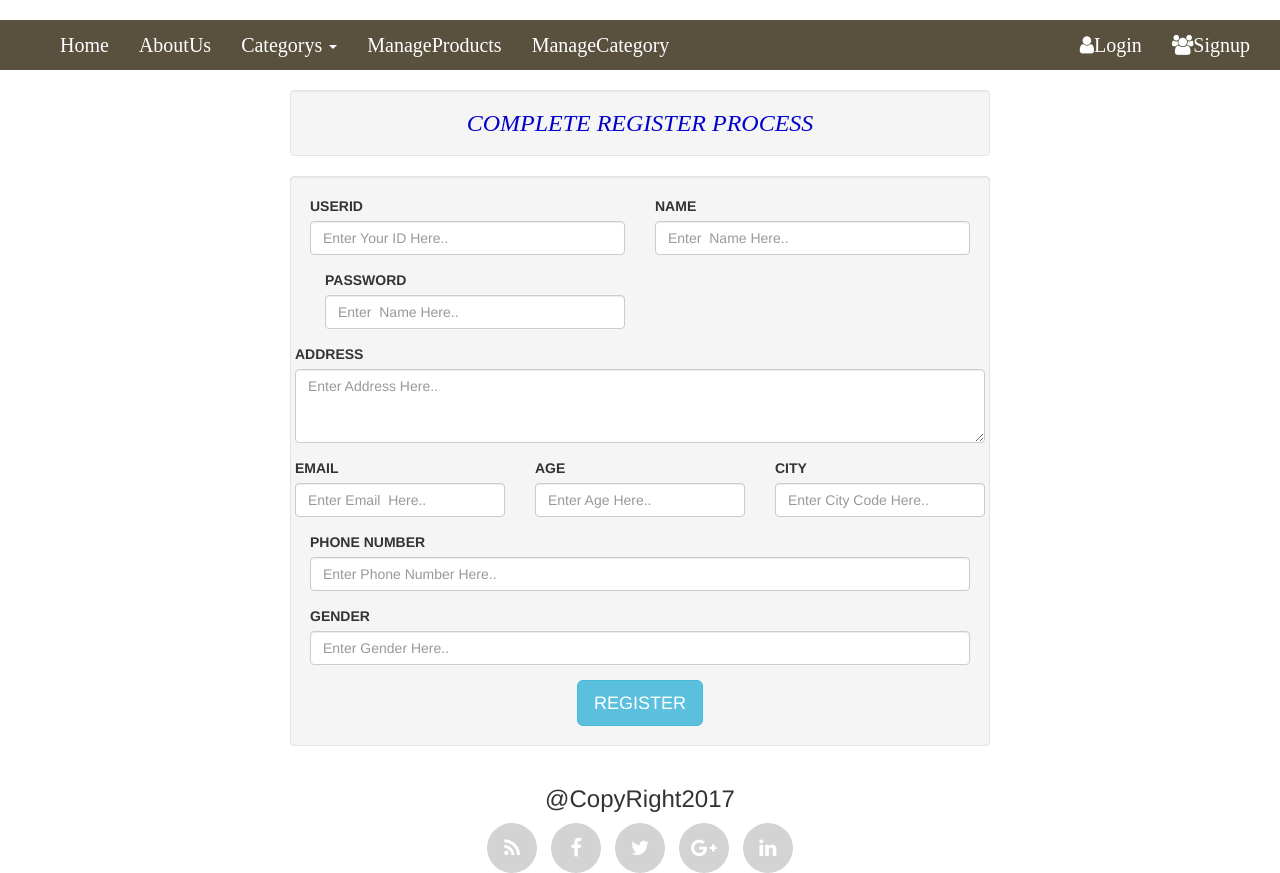
Repository: Abinesh-T/ProjectDT
Page: http://localhost/Ecommerce/WEB-INF/views/registerpage.jsp
An editor plug-in stored every save of this project. The page is shown before and after the next save, followed by the edit.
The browser window is 1280 px wide. The pictures show the whole page.
Some web libraries are served in a nearby version. The page is served by Tomcat 9. Nobody is signed in. Other server files are loaded and not shown. The template is opened directly, without the code that normally fills it, so the values that code supplies are empty.

Above is the page before, as saved 2018-03-10 07:54:54.
Console error: SyntaxError: Unexpected token '{'

### Ecommerce/src/main/webapp/WEB-INF/views/registerpage.jsp
<%@ page language="java" contentType="text/html; charset=ISO-8859-1"
    pageEncoding="ISO-8859-1"%>
    <%@ taglib uri="http://www.springframework.org/tags/form" prefix="form"%>
<%@ taglib uri="http://java.sun.com/jsp/jstl/core" prefix="c"%>
<!DOCTYPE html PUBLIC "-//W3C//DTD HTML 4.01 Transitional//EN" "http://www.w3.org/TR/html4/loose.dtd">
<html>
<head>
<meta http-equiv="Content-Type" content="text/html; charset=ISO-8859-1">
<title>Insert title here</title>
<!-- To Access the Bootstrap link -->
<link rel="stylesheet" href="https://maxcdn.bootstrapcdn.com/bootstrap/3.3.7/css/bootstrap.min.css">
<script src="https://ajax.googleapis.com/ajax/libs/jquery/3.2.1/jquery.min.js"></script>
<script src="https://maxcdn.bootstrapcdn.com/bootstrap/3.3.7/js/bootstrap.min.js"></script>
<link href="//maxcdn.bootstrapcdn.com/font-awesome/4.1.0/css/font-awesome.min.css" rel="stylesheet">
<link href=".resources/css/registerpage.css" rel="stylesheet"/>
<style type="text/css">
  .backgroundclr
  {
    background-color: #1a0000;
  }
</style>
</head>
<body>
<jsp:include page="header.jsp"></jsp:include>
<!-- Registration form here -->
<div class="container">
    <center><h3 class="well" style="font-family: Copperplate Gothic;font-style: italic;color:#0000cc">COMPLETE REGISTER PROCESS</h3></center>
	<div class="col-lg-12 well">
	<div class="row">
			<form  action="registerpage" method="post">
					<div class="col-sm-12">
						<div class="row">
							<div class="col-sm-6 form-group">
								<label>USERID</label>
								<input type="text" placeholder="Enter Your ID Here.." class="form-control" pattern="[0-9]+" required name="userid">
							</div>
							<div class="col-sm-6 form-group">
								<label>NAME</label>
								<input type="text" placeholder="Enter  Name Here.." class="form-control" pattern="^[a-zA-Z][a-zA-Z0-9-_\.]{1,20}$" required name="username">
							</div>
						</div>
						<div class="col-sm-6 form-group">
								<label>PASSWORD</label>
								<input type="text" placeholder="Enter  Name Here.." class="form-control"  pattern="[A-Za-z]+" required name="userpass">
							</div>
						</div>
						<div class="form-group">
							<label>ADDRESS</label>
							<textarea placeholder="Enter Address Here.." rows="3" class="form-control" pattern="^[a-zA-Z][a-zA-Z0-9-_\.]{1,20}$" required name="useraddress"></textarea>
						</div>
						<div class="row">
							<div class="col-sm-4 form-group">
								<label>EMAIL</label>
								<input type="text" placeholder="Enter Email  Here.." class="form-control" pattern="[a-z0-9._%+-]+@[a-z0-9.-]+\.[a-z]{2,4}$" required name="usermail">
							</div>
							<div class="col-sm-4 form-group">
								<label>AGE</label>
								<input type="text" placeholder="Enter Age Here.." class="form-control" required name="userage">
							</div>
							<div class="col-sm-4 form-group">
								<label>CITY</label>
								<input type="text" placeholder="Enter City Code Here.." class="form-control" pattern="^[a-zA-Z][a-zA-Z0-9-_\.]{1,20}$" required name="usercity">
							</div>
						</div>


						</div>
					<div class="form-group">
						<label>PHONE NUMBER</label>
						<input type="text" placeholder="Enter Phone Number Here.." class="form-control" pattern="^\{10}$" required name="userphone">
					</div>

					<div class="form-group">
						<label>GENDER</label>
						<input type="text" placeholder="Enter Gender Here.."  class="form-control" pattern="^[a-zA-Z][a-zA-Z0-9-_\.]{1,20}$" required name="usergen">

					</div>

					<center>
					<input type="submit" class="btn btn-lg btn-info" value="REGISTER"></input>	</center>
					</div>
				</form>
				</div>
	</div>
	 <!-- Footer of the webpages -->

 <jsp:include page="footer.jsp"></jsp:include>

	</div>
</body>
</html>

### Ecommerce/src/main/webapp/WEB-INF/views/header.jsp
<%@ page language="java" contentType="text/html; charset=ISO-8859-1"
    pageEncoding="ISO-8859-1"%>
    <%@ taglib prefix = "c" uri = "http://java.sun.com/jsp/jstl/core" %>
<!DOCTYPE html PUBLIC "-//W3C//DTD HTML 4.01 Transitional//EN" "http://www.w3.org/TR/html4/loose.dtd">
<html>
<head>
<meta http-equiv="Content-Type" content="text/html; charset=ISO-8859-1">
<title>Insert title here</title>
 <link rel="stylesheet" href="https://maxcdn.bootstrapcdn.com/bootstrap/3.3.7/css/bootstrap.min.css">
  <script src="https://ajax.googleapis.com/ajax/libs/jquery/3.2.1/jquery.min.js"></script>
  <script src="https://maxcdn.bootstrapcdn.com/bootstrap/3.3.7/js/bootstrap.min.js"></script>
  <link href="//maxcdn.bootstrapcdn.com/font-awesome/4.1.0/css/font-awesome.min.css" rel="stylesheet">

<style type="text/css">
  .backgroundclr
  {
    background-color: #59503e;
  }
</style>

<!-- datatable -->
<link rel="stylesheet" href="https://maxcdn.bootstrapcdn.com/bootstrap/3.3.7/css/bootstrap.min.css" integrity="sha384-BVYiiSIFeK1dGmJRAkycuHAHRg32OmUcww7on3RYdg4Va+PmSTsz/K68vbdEjh4u" crossorigin="anonymous">

<link rel="stylesheet" type="text/css" href="./resources/css/dataTables.bootstrap.min.css"/>

<link rel="stylesheet" type="text/css" href="./resources/css/ss.css"/>


<link rel="stylesheet" type="text/css" href="./resources/css/datatables.css"/>


<link rel="stylesheet" type="text/css" href="./resources/css/datatables.min.css"/>

<script
  src="https://code.jquery.com/jquery-3.2.1.min.js"
  integrity="sha256-hwg4gsxgFZhOsEEamdOYGBf13FyQuiTwlAQgxVSNgt4="
  crossorigin="anonymous"></script>
  <script type="text/javascript" src="./resources/js/jquery.dataTables.min.js"></script>
<script type="text/javascript" src="./resources/js/dataTables.bootstrap.min.css"></script>

<script type="text/javascript">
$(document).ready(function(){
    $('.table').DataTable();
});
</script>
<!-- end -->
</head>
<body>
<nav class="backgroundclr">
	<div class="container-fluid">

		<div class="navbar-header">
			<button type="button" class="navbar-toggle collapsed"
				data-toggle="collapse" data-target="#bs-example-navbar-collapse-1"
				aria-expanded="false">
				<span class="sr-only">Toggle navigation</span> <span
					class="icon-bar"></span> <span class="icon-bar"></span> <span
					class="icon-bar"></span>
			</button>

			<a class="navbar-brand" href="./">
			<%-- 	<img src='<c:url value="./resources/images/weblog1.jpg" />' class="img-circle" width="50px" height="25px" /> --%>
			<%-- <img src="${pageContext.request.contextPath}/resources/images/weblog1.jpg" class="img-circle" width="50px" height="25px"/> --%>
			</a>
		</div>

		<div class="collapse navbar-collapse">
			<ul class="nav navbar-nav">
			  <li ><a href="" style="font-size:20px;color:white;font-family:Times New Roman">Home</a></li>
				<li><a href="" style="font-size:20px;color:white;font-family:Times New Roman">AboutUs</a></li>
				<li class="dropdown" style="font-family:Times New Roman"><a href="#" class="dropdown-toggle" data-toggle="dropdown" role="button" aria-haspopup="true"
					aria-expanded="false"  style="font-size:20px;color:white">Categorys <span class="caret"></span></a>
					<ul class="dropdown-menu">

						<c:forEach items="${clist}" var="p">
						 <li><a href="categoryproductlist?id=${p.categoryid}">${p.categoryname}</a></li>
						 <%-- <li><a href='<c:url value="categoryproductlist?id=${p.categoryid}">${p.categoryname}"/>'</a></li> --%>
						</c:forEach>
						</li>

					</ul>

				</li>
					 <li style="font-family:Times New Roman"><a href="<c:url value="/admin/add"/>" role="button" aria-haspopup="true"
					aria-expanded="false" style="font-size:20px;color:white">ManageProducts</a>

					<li style="font-family:Times New Roman"><a href="<c:url value="/admin/add1"/>" role="button" aria-haspopup="true"
					aria-expanded="false" style="font-size:20px;color:white">ManageCategory</a>

					</li>


					</li>
					<!-- <li><a href="<c:url value="admin/productlistview"/>" style="font-family: fantasy;">PRODUCTLIST</a>-->
			</ul>


				<c:if test="${pageContext.request.userPrincipal.name  == 'admin'}">
                                <li><a href="<c:url value="/admin" />">Admin</a></li>
                 </c:if>
                 </ul>
			  <ul class="nav navbar-nav navbar-right">
			  <c:if test="${pageContext.request.userPrincipal.name == null }">
					<li>
					<%-- <a href=' <c:url value="/login" />'>Login</a> --%>
					</li>
					<li ><a href="<c:url value="admin/add"/>" role="button" aria-haspopup="true"
					aria-expanded="false" class="fa fa-user" style="font-size:20px;color:white">Login</a> </li>
				<li style="font-family:Times New Roman"><a href=' <c:url value="/reg" />'class="fa fa-users" style="font-size:20px;color:white">Signup</a></li>

				</c:if>
				<c:if test="${pageContext.request.userPrincipal.name  != null}">
                               <li><a>Welcome: ${pageContext.request.userPrincipal.name}</a></li>
	              				<li><a href='<c:url value="/logout" />'>Signout</a></li>
                 </c:if>

				</ul>

		</div>
	</div>
</nav>
</body>
</html>

### Ecommerce/src/main/webapp/WEB-INF/views/footer.jsp
<%@ page language="java" contentType="text/html; charset=ISO-8859-1"
    pageEncoding="ISO-8859-1"%>
<!DOCTYPE html PUBLIC "-//W3C//DTD HTML 4.01 Transitional//EN" "http://www.w3.org/TR/html4/loose.dtd">
<html>
<head>
<meta http-equiv="Content-Type" content="text/html; charset=ISO-8859-1">
<title>Insert title here</title>
<link rel="stylesheet" href="https://maxcdn.bootstrapcdn.com/bootstrap/3.3.7/css/bootstrap.min.css">
  <script src="https://ajax.googleapis.com/ajax/libs/jquery/3.2.1/jquery.min.js"></script>
  <script src="https://maxcdn.bootstrapcdn.com/bootstrap/3.3.7/js/bootstrap.min.js"></script>
  <link href="//maxcdn.bootstrapcdn.com/font-awesome/4.2.0/css/font-awesome.min.css" rel="stylesheet">
  <style type="text/css">


/*=========================
  Icons
 ================= */

/* footer social icons */
ul.social-network {
	list-style: none;
	display: inline;
	margin-left:0 !important;
	padding: 0;
}
ul.social-network li {
	display: inline;
	margin: 0 5px;
}


/* footer social icons */
.social-network a.icoRss:hover {
	background-color: #F56505;
}
.social-network a.icoFacebook:hover {
	background-color:#3B5998;
}
.social-network a.icoTwitter:hover {
	background-color:#33ccff;
}
.social-network a.icoGoogle:hover {
	background-color:#BD3518;
}
.social-network a.icoVimeo:hover {
	background-color:#0590B8;
}
.social-network a.icoLinkedin:hover {
	background-color:#007bb7;
}
.social-network a.icoRss:hover i, .social-network a.icoFacebook:hover i, .social-network a.icoTwitter:hover i,
.social-network a.icoGoogle:hover i, .social-network a.icoVimeo:hover i, .social-network a.icoLinkedin:hover i {
	color:#fff;
}
a.socialIcon:hover, .socialHoverClass {
	color:#44BCDD;
}

.social-circle li a {
	display:inline-block;
	position:relative;
	margin:0 auto 0 auto;
	-moz-border-radius:50%;
	-webkit-border-radius:50%;
	border-radius:50%;
	text-align:center;
	width: 50px;
	height: 50px;
	font-size:20px;
}
.social-circle li i {
	margin:0;
	line-height:50px;
	text-align: center;
}

.social-circle li a:hover i, .triggeredHover {
	-moz-transform: rotate(360deg);
	-webkit-transform: rotate(360deg);
	-ms--transform: rotate(360deg);
	transform: rotate(360deg);
	-webkit-transition: all 0.2s;
	-moz-transition: all 0.2s;
	-o-transition: all 0.2s;
	-ms-transition: all 0.2s;
	transition: all 0.2s;
}
.social-circle i {
	color: #fff;
	-webkit-transition: all 0.8s;
	-moz-transition: all 0.8s;
	-o-transition: all 0.8s;
	-ms-transition: all 0.8s;
	transition: all 0.8s;
}


  </style>
</head>
<body>
<center><h3>@CopyRight2017</h3>
<!--Pulling Awesome Font -->



    			<div class="col-md-12">
                    <ul class="social-network social-circle">
                        <li><a href="#" class="icoRss" title="Rss" style="background-color: #D3D3D4"><i class="fa fa-rss"></i></a></li>
                        <li><a href="#" class="icoFacebook" title="Facebook" style="background-color: #D3D3D4"><i class="fa fa-facebook"></i></a></li>
                        <li><a href="#" class="icoTwitter" title="Twitter" style="background-color: #D3D3D4"><i class="fa fa-twitter"></i></a></li>
                        <li><a href="#" class="icoGoogle" title="Google +" style="background-color: #D3D3D4"><i class="fa fa-google-plus"></i></a></li>
                        <li><a href="#" class="icoLinkedin" title="Linkedin" style="background-color: #D3D3D4"><i class="fa fa-linkedin"></i></a></li>
                    </ul>
				</div>

</center>
</body>
</html>

### Ecommerce/src/main/webapp/resources/css/registerpage.css
/* Space out content a bit */
body {
  padding-top: 20px;
  padding-bottom: 20px;
}

/* Everything but the jumbotron gets side spacing for mobile first views */
.header,
.marketing,
.footer {
  padding-right: 15px;
  padding-left: 15px;
}

/* Custom page header */
.header {
  border-bottom: 1px solid #e5e5e5;
}
/* Make the masthead heading the same height as the navigation */
.header h3 {
  padding-bottom: 19px;
  margin-top: 0;
  margin-bottom: 0;
  line-height: 40px;
}

/* Custom page footer */
.footer {
  padding-top: 19px;
  color: #777;
  border-top: 1px solid #e5e5e5;
}

/* Customize container */
@media (min-width: 768px) {
  .container {
    max-width: 730px;
  }
}
.container-narrow > hr {
  margin: 30px 0;
}

/* Main marketing message and sign up button */
.jumbotron {
  text-align: center;
  border-bottom: 1px solid #e5e5e5;
}
.jumbotron .btn {
  padding: 14px 24px;
  font-size: 21px;
}

/* Supporting marketing content */
.marketing {
  margin: 40px 0;
}
.marketing p + h4 {
  margin-top: 28px;
}

/* Responsive: Portrait tablets and up */
@media screen and (min-width: 768px) {
  /* Remove the padding we set earlier */
  .header,
  .marketing,
  .footer {
    padding-right: 0;
    padding-left: 0;
  }
  /* Space out the masthead */
  .header {
    margin-bottom: 30px;
  }
  /* Remove the bottom border on the jumbotron for visual effect */
  .jumbotron {
    border-bottom: 0;
  }
}

### Ecommerce/src/main/webapp/resources/css/ss.css
@CHARSET "ISO-8859-1";
.c
{
	background: aqua;
}

Loaded but not shown: Ecommerce/src/main/webapp/resources/css/dataTables.bootstrap.min.css (library); Ecommerce/src/main/webapp/resources/css/datatables.css (common file); Ecommerce/src/main/webapp/resources/css/datatables.min.css (library); Ecommerce/src/main/webapp/resources/js/jquery.dataTables.min.js (library)

After the next save:
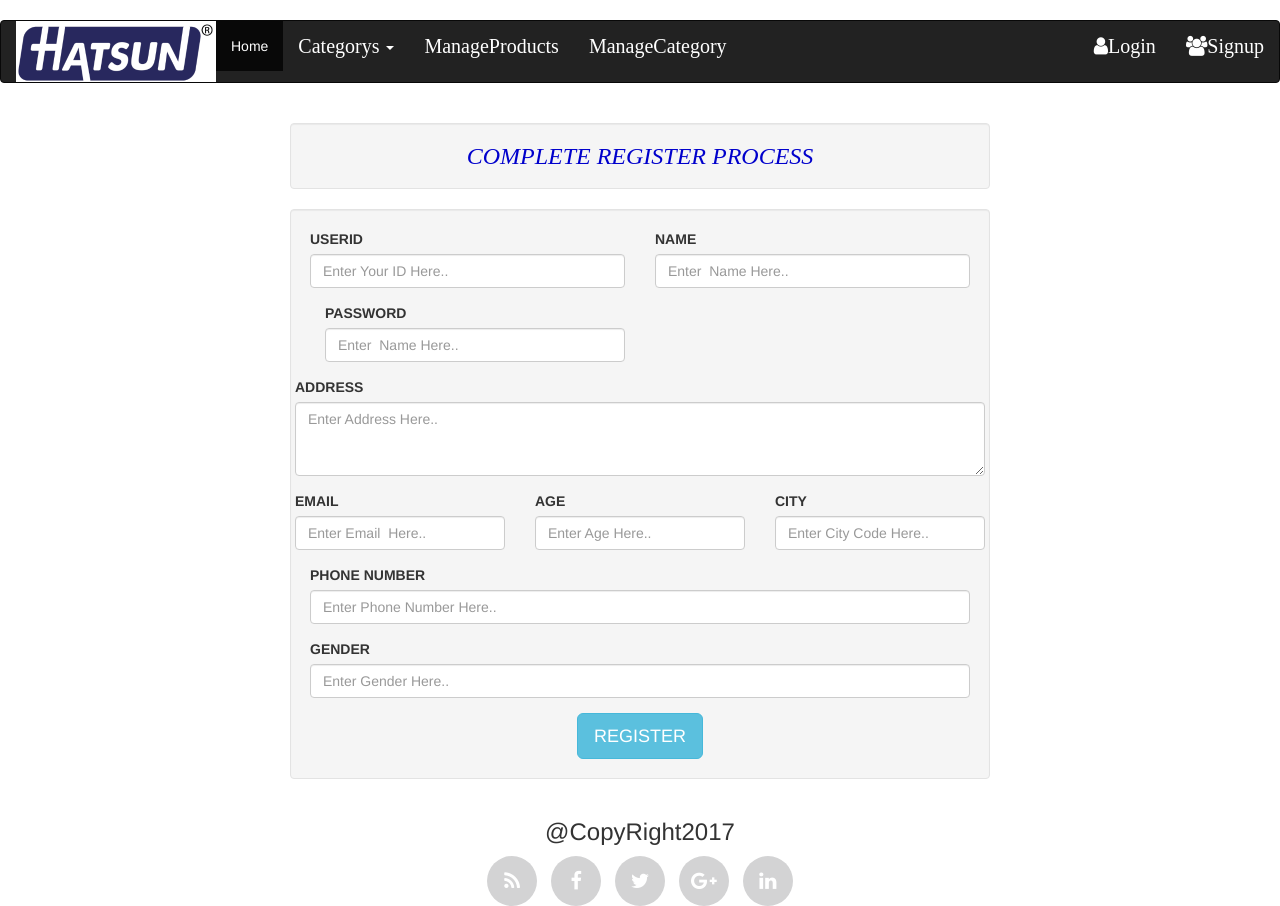
Saved 4 h 3 min later.
--- a/Ecommerce/src/main/webapp/WEB-INF/views/header.jsp
+++ b/Ecommerce/src/main/webapp/WEB-INF/views/header.jsp
@@ -5,8 +5,12 @@
 <html>
 <head>
 <meta http-equiv="Content-Type" content="text/html; charset=ISO-8859-1">
-<title>Insert title here</title>
- <link rel="stylesheet" href="https://maxcdn.bootstrapcdn.com/bootstrap/3.3.7/css/bootstrap.min.css">
+<link rel="icon" href="./resources/images/Arun_brandings/Hatsun_icon.jpg">
+
+    <title>Hatsun_Daily</title>
+  <meta charset="utf-8">
+  <meta name="viewport" content="width=device-width, initial-scale=1">
+   <link rel="stylesheet" href="https://maxcdn.bootstrapcdn.com/bootstrap/3.3.7/css/bootstrap.min.css">
   <script src="https://ajax.googleapis.com/ajax/libs/jquery/3.2.1/jquery.min.js"></script>
   <script src="https://maxcdn.bootstrapcdn.com/bootstrap/3.3.7/js/bootstrap.min.js"></script>
   <link href="//maxcdn.bootstrapcdn.com/font-awesome/4.1.0/css/font-awesome.min.css" rel="stylesheet">
@@ -46,29 +50,14 @@
 <!-- end -->
 </head>
 <body>
-<nav class="backgroundclr">
-	<div class="container-fluid">
-
-		<div class="navbar-header">
-			<button type="button" class="navbar-toggle collapsed"
-				data-toggle="collapse" data-target="#bs-example-navbar-collapse-1"
-				aria-expanded="false">
-				<span class="sr-only">Toggle navigation</span> <span
-					class="icon-bar"></span> <span class="icon-bar"></span> <span
-					class="icon-bar"></span>
-			</button>
-
-			<a class="navbar-brand" href="./">
-			<%-- 	<img src='<c:url value="./resources/images/weblog1.jpg" />' class="img-circle" width="50px" height="25px" /> --%>
-			<%-- <img src="${pageContext.request.contextPath}/resources/images/weblog1.jpg" class="img-circle" width="50px" height="25px"/> --%>
-			</a>
-		</div>
-
-		<div class="collapse navbar-collapse">
-			<ul class="nav navbar-nav">
-			  <li ><a href="" style="font-size:20px;color:white;font-family:Times New Roman">Home</a></li>
-				<li><a href="" style="font-size:20px;color:white;font-family:Times New Roman">AboutUs</a></li>
-				<li class="dropdown" style="font-family:Times New Roman"><a href="#" class="dropdown-toggle" data-toggle="dropdown" role="button" aria-haspopup="true"
+<nav class="navbar navbar-inverse">
+  <div class="container-fluid">
+    <div class="navbar-header">
+    <img class="" src="./resources/images/Arun_brandings/Home_Icon.png" >
+    </div>
+    <ul class="nav navbar-nav">
+      <li class="active"><a href="index">Home</a></li>
+    	<li class="dropdown" style="font-family:Times New Roman"><a href="#" class="dropdown-toggle" data-toggle="dropdown" role="button" aria-haspopup="true"
 					aria-expanded="false"  style="font-size:20px;color:white">Categorys <span class="caret"></span></a>
 					<ul class="dropdown-menu">
 
